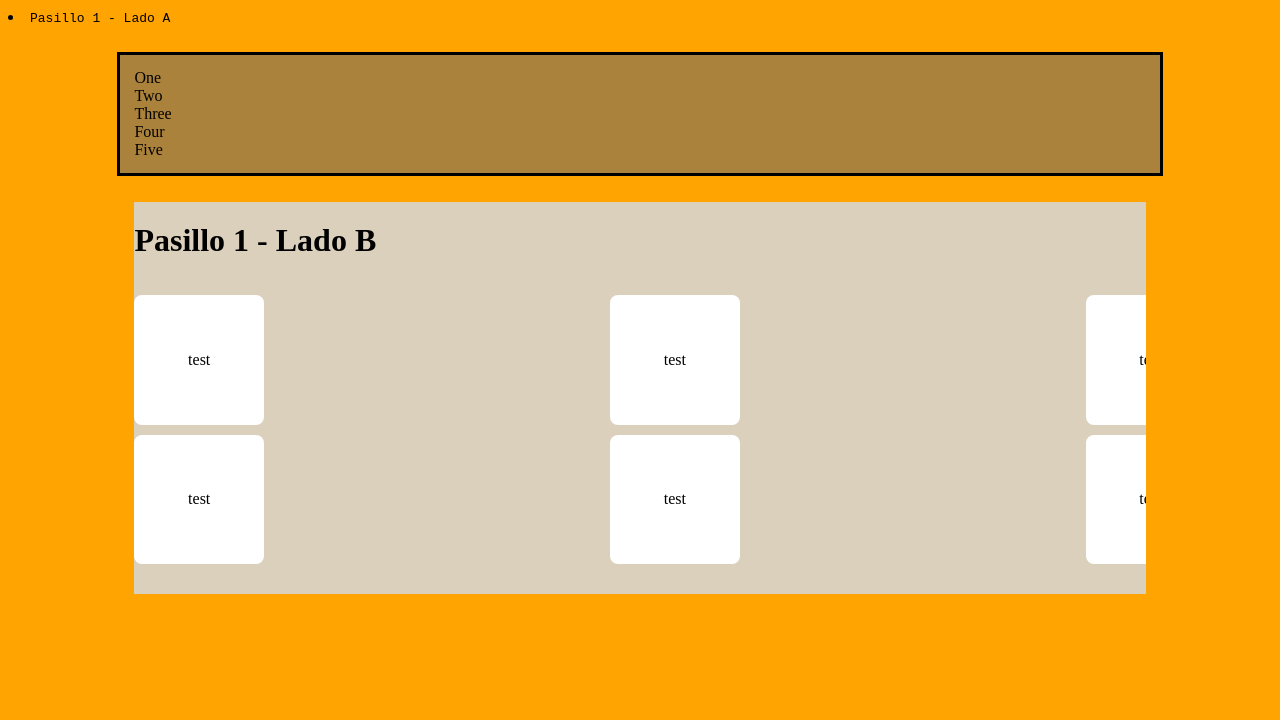
Repository: Franzcod/DepoStock_Web
Page: index.html
An editor plug-in stored every save of this project. The page is shown before and after the next save, followed by the edit.
The browser window is 1280 px wide. The pictures show the whole page.

Above is the page before, as saved 2020-06-07 02:42:44.
Console error: ReferenceError: ur is not defined

After the next save:
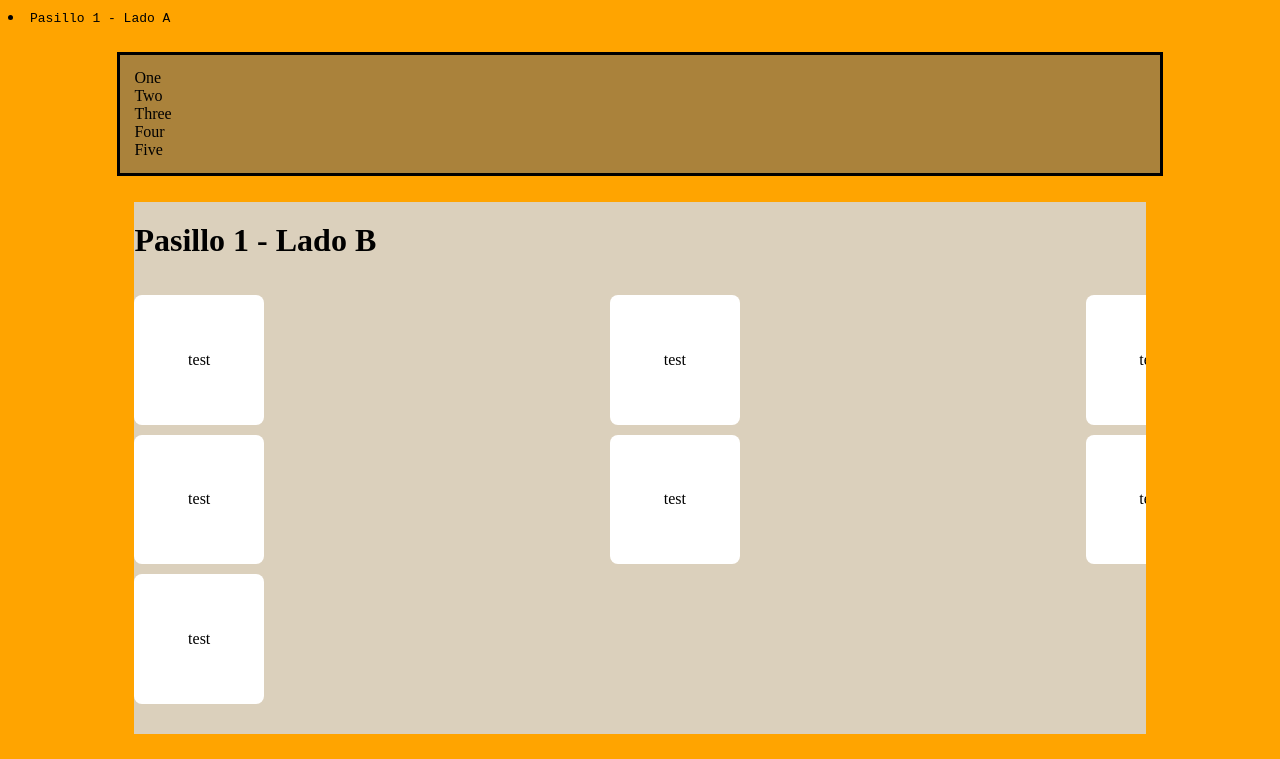
Saved 43 s later.
--- a/estilo/estilo.css
+++ b/estilo/estilo.css
@@ -36,7 +36,7 @@ grid-column: 1 / -1;
 .hs {
 display: grid;
 grid-gap: calc(var(--gutter) / 2);
-grid-template-columns: repeat(4, calc(50% - var(--gutter) * 2));
+grid-template-columns: repeat(3, calc(50% - var(--gutter) * 2));
 grid-template-rows: minmax(7vw, 1fr);
 
 overflow-x: scroll;
